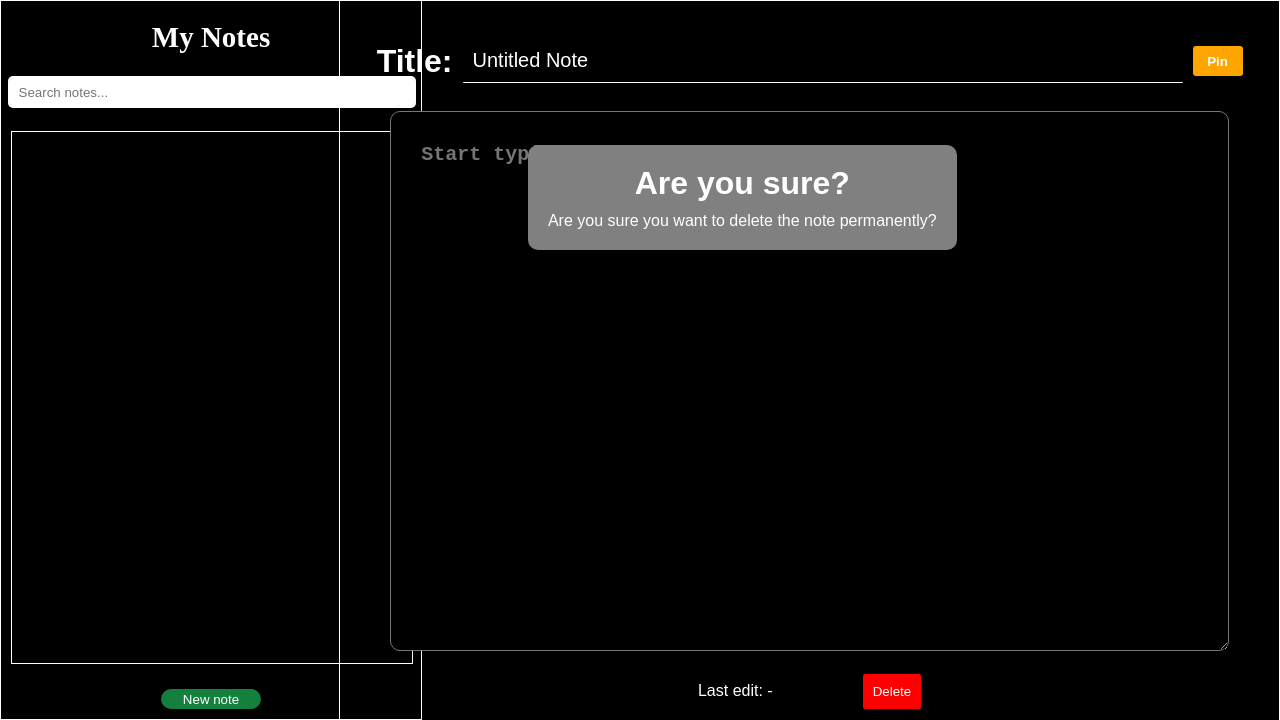
Repository: dmpelaez/myNotes
Page: QuickNotes.html
The author's editor kept a copy of each file at every save. The page is drawn from the files as they stood at one save, then again after the next save.
The browser window is 1280 px wide. The pictures show the whole page.

Above is the page before, as saved 2025-12-18 21:58:24.

### QuickNotes.html
<!DOCTYPE html>

  <html>

    <head>

      <title>Quick Notes</title>

      <!--CSS LINK-->
      <link rel="stylesheet" href="QuickNotes.css">
    </head>
    <body>

      <!--Note section-->
      <aside class="aside-section">

        <!--My notes part-->
        <div class="myNotes">
          <p class="my-notes-text">My Notes</p>
        </div>
        <!--Search notes-->
        <div class="input-box">
          <input class="input" placeholder="Search notes...">
        </div>
        <!--Notes-->
        <div class="note-list"></div>
        <!--add button-->
        <button class="add-button">New note</button>

      </aside>

      <!---Typing section-->
      <main class="main-section">

        <!--Header-->
        <div class="header-section">
          <h1>Title:</h1>
          <input class="title-notes" placeholder="Untitled Note">
          <button class="pin-btn">Pin</button>
        </div>

        <!--text area-->
        <div class="texting-area">
          <textarea class="textarea" placeholder="Start typing..."></textarea>
        </div>

        <!---Delete button-->
        <div class="delete">
          <span class="edit">Last edit: -</span>
          <button class="delete-btn">Delete</button>
        </div>

        <div class="delete-confirm">

          <div class="modal-delete">
            <h1>Are you sure?</h1>
            <p class="sure-text">Are you sure you want to delete the note permanently?</p>
          </div>

        </div>

      </main>


    </body>

  </html>

### QuickNotes.css
body {
  margin: 0;
  padding: 0;
  background: black;
  box-sizing: border-box;
}
* {
  color: rgb(255, 255, 255);
}
.aside-section {
  border: 1px solid white;
  display: grid;
  width: 400px;
  position: fixed;
  bottom: 0;
  top: 0;
  grid-template-rows: 40px 30px 1fr 20px;
  padding: 10px;
  gap: 25px;

}

.my-notes-text {
  display: flex;
  margin: 0px;
  justify-self: center;
  align-self: center;
  margin-top: 10px;
}
.note-list {
  border: 1px solid white;
  width: 100%;
}

.my-notes-text {
  font-weight: bold;
  font-size: 29px;
}

.input {
  color: black;
  display: flex;
  align-self: center;
  justify-self: center;
  Width: 99%;
  height: 100%;
  border-radius: 5px;
  border: none;
  outline: none;
  padding-left: 10px;
  margin-left: 1px;
}
.input::placeholder {
  padding-left: 1px;

}

.add-button {
  width: 100px;
  display: flex;
  justify-self: center;
  background: rgb(19, 128, 61);
  border: none;
  border-radius: 10px;
  color: white;
  font-family: arial;
  align-items: center;
  justify-content: center;
  cursor: pointer;
}

.note-list {
  display: grid;
}

.main-section {
  position: fixed;
  left: 26.5%;
  border: 1px solid white;
  right: 0px;
  height: 100%;
  display: grid;
  grid-template-rows: 70px 1fr 30px;
  gap: 40px;

}

.header-section {
  display: flex;
  justify-self: center;
  align-self: center;
  gap: 10px;
  margin-top: 50px;
  align-items: center;
}
.title-notes {
  width: 700px;
  padding: 10px;
  border-radius: 1px;
  background: none;
  border: none;
  border-bottom: 1px solid white;
  outline: none;
 font-size: 20px;
 font-family: arial;
}

.title-notes::placeholder {
  color: white;
  font-family: arial;
  font-size: 20px;

}

.pin-btn {
  background: orange;
  border: none;
  border-radius: 3px;
  font-family: arial;
  font-weight: bold;
  width: 50px;
  height: 30px
}

.texting-area {
  display: flex;
  padding-right: 50px;
  padding-left: 50px;
}
.textarea {
  background: black;
  outline: none;
  display: flex;
  width: 100%;
  padding-left: 30px;
  padding-right: 80px;
  padding-top: 30px;
  line-height: 25px;
  font-size: 20px;
  font-weight: bold;
  border-radius: 10px;
}

.delete {
  display: flex;
  justify-content: center;
  align-items: center;
  gap: 90px;
  margin-bottom: 40px;

}
.delete-btn {
  background: red;
  border: none;
  border-radius: 2px;
  padding: 10px;
  cursor: pointer;
}
.edit {
  font-family: arial;
}

.delete-confirm {
  position: absolute;
  left: 20%;
  top: 20%;
  display: flex;
  background: gray;
  border-radius: 10px;
  flex-direction: column;
  align-items: center;
  justify-content: center;
  gap: 10px;
}
.modal-delete {
  padding: 20px;
}
h1 {
  display: flex;
  justify-self: center;
  margin: 0px;
  font-family: arial;
}
.sure-text {
  margin: 0px;
  margin-top: 10px;
    font-family: arial;
}

After the next save:
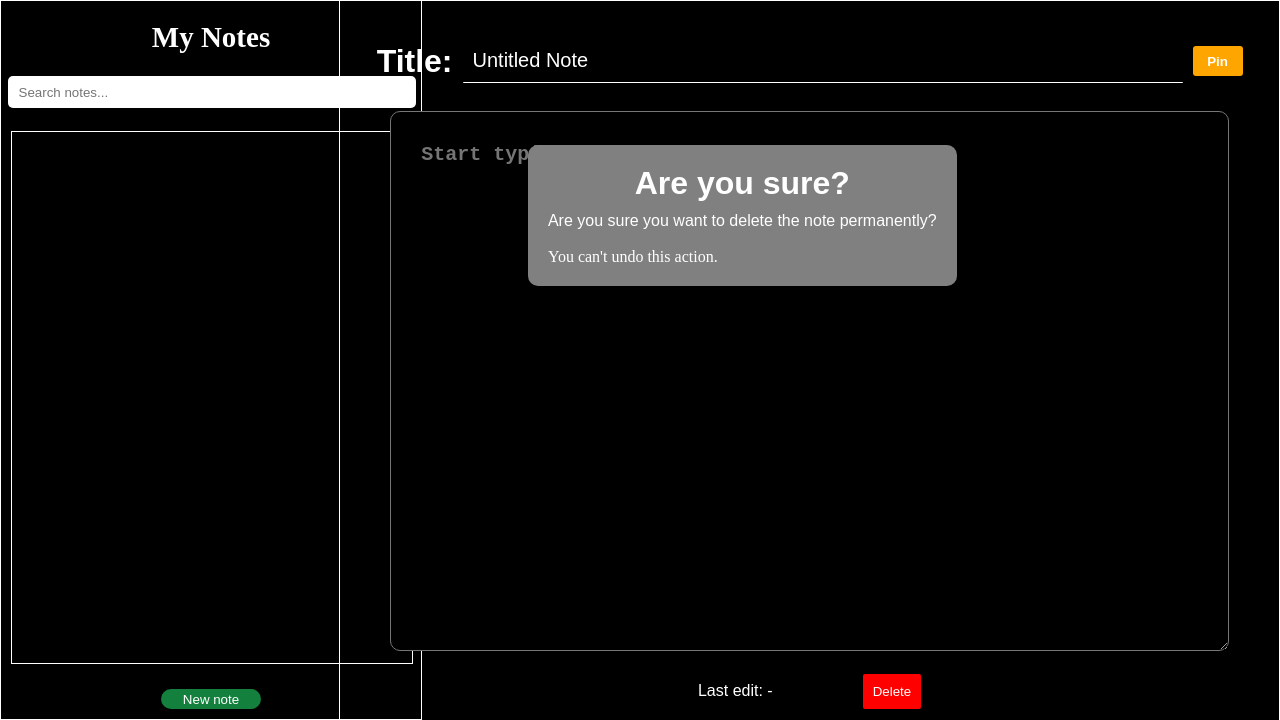
Saved 27 s later.
--- a/QuickNotes.html
+++ b/QuickNotes.html
@@ -55,6 +55,8 @@
           <div class="modal-delete">
             <h1>Are you sure?</h1>
             <p class="sure-text">Are you sure you want to delete the note permanently?</p>
+            <br>
+            You can't undo this action.
           </div>
 
         </div>
